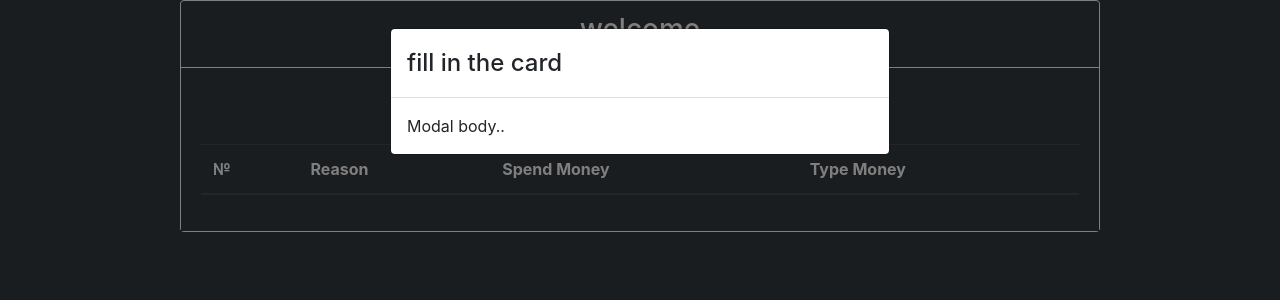
Repository: surefaceJS/allMyWorkInaliLinux
Page: hardcha/index.html
An editor plug-in stored every save of this project. The page is shown before and after the next save, followed by the edit.
The browser window is 1280 px wide. The pictures show the whole page.

Above is the page before, as saved 2021-04-19 12:26:07.

After the next save:
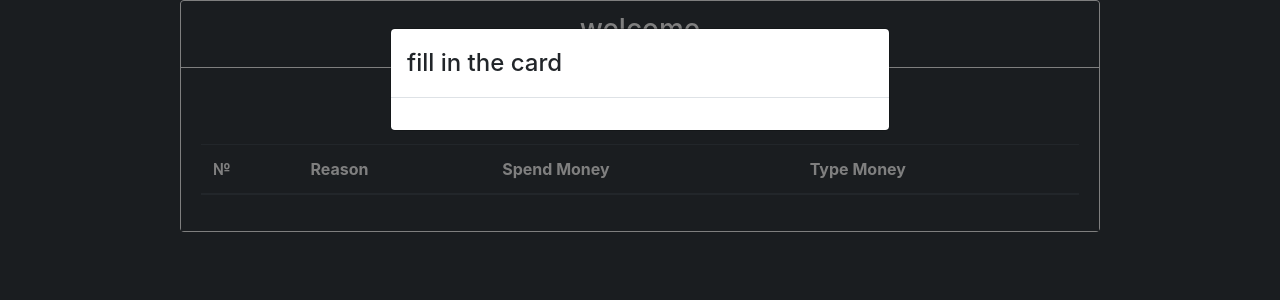
Saved 7 s later.
--- a/hardcha/index.html
+++ b/hardcha/index.html
@@ -31,7 +31,7 @@
 
                     <!-- Modal body -->
                     <div class="modal-body">
-                        Modal body..
+
                     </div>
 
                 </div>
